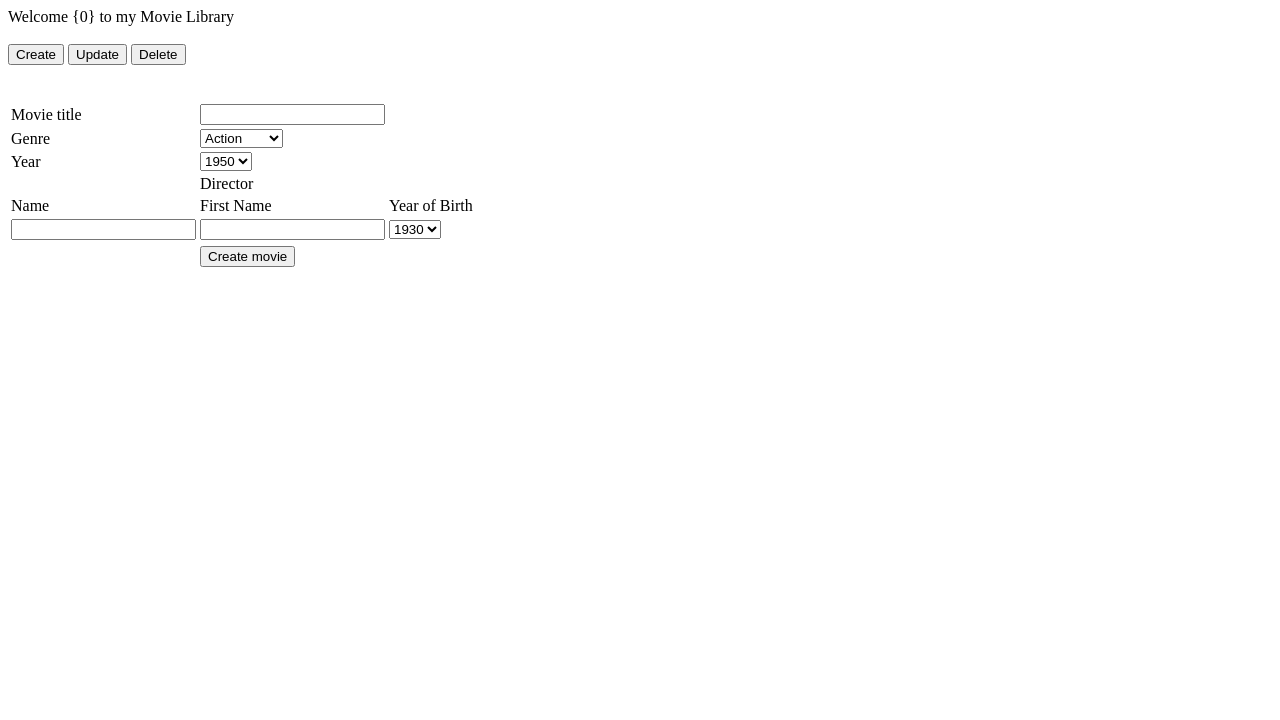
Repository: Romanetvin/InteractMovieLibrary
Page: http://localhost/Interact/views/home.jsp
An editor plug-in stored every save of this project. The page is shown before and after the next save, followed by the edit.
The browser window is 1280 px wide. The pictures show the whole page.
The page is served by Tomcat 9. Other server files are loaded and not shown.

Above is the page before, as saved 2017-02-01 14:27:28.

### Interact/src/main/webapp/views/home.jsp
<%@ page language="java" contentType="text/html; charset=UTF-8" isELIgnored="false"
    pageEncoding="UTF-8"%>
<%@taglib uri="http://www.springframework.org/tags" prefix="spring"%>
<!DOCTYPE html PUBLIC "-//W3C//DTD HTML 4.01 Transitional//EN" "http://www.w3.org/TR/html4/loose.dtd">
<html>
<head>
<meta http-equiv="Content-Type" content="text/html; charset=UTF-8">
<title><spring:message code="homePage.title"/></title>
</head>
<body>
	<spring:message code="homePage.label.welcome" arguments="${user}"/>

	<br>
	<br>


	<a ref="#movieForm"><button><spring:message code="homePage.label.create"></spring:message></button></a>

	<a ref="/movie/update"><button><spring:message code="homePage.label.update"></spring:message></button></a>

	<a ref="/movie/delete"><button><spring:message code="homePage.label.delete"></spring:message></button></a>

	<br>
	<br>
	<br>




	<form action="/movie/add" id="movieForm">
		<table border="0">
			<tr>
				<td>Movie title</td>
				<td><input type="text"/></td>
			</tr>
			<tr>
				<td>Genre </td>
				<td><select>
					<option>Action</option>
					<option>Adventure</option>
					<option>Comedy</option>
					<option>Crime</option>
					<option>Drama</option>
					<option>SciFi</option>
					<option>Western</option>
				</select></td>
				</tr>
				<tr>
					<td>Year</td>
					<td>
						<select>
					<%for(int i = 1950; i<2018;i++){ %>
						<option name="year" value="<%=i%>"><%=i%></option>
					<%} %>
						</select>
					</td>
				</tr>
				<tr>
					<td></td><td> Director</td>
				</tr>
				<tr>
					<td>Name</td><td>First Name</td><td>Year of Birth</td>
				</tr>
				<tr>
					<td><input type="text" name="directorName"></td><td><input type="text" name="directorFN"></td><td><select>
					<%for(int i = 1930; i<2001;i++){ %>
						<option name="directorYoB" value="<%=i%>"><%=i%></option>
					<%} %>
						</select></td>
				</tr>
				<tr></tr>
				<tr><td></td><td><input type="submit" name="movieForm"value="Create movie"></td></tr>

			</table>

	</form>
</body>
</html>

After the next save:
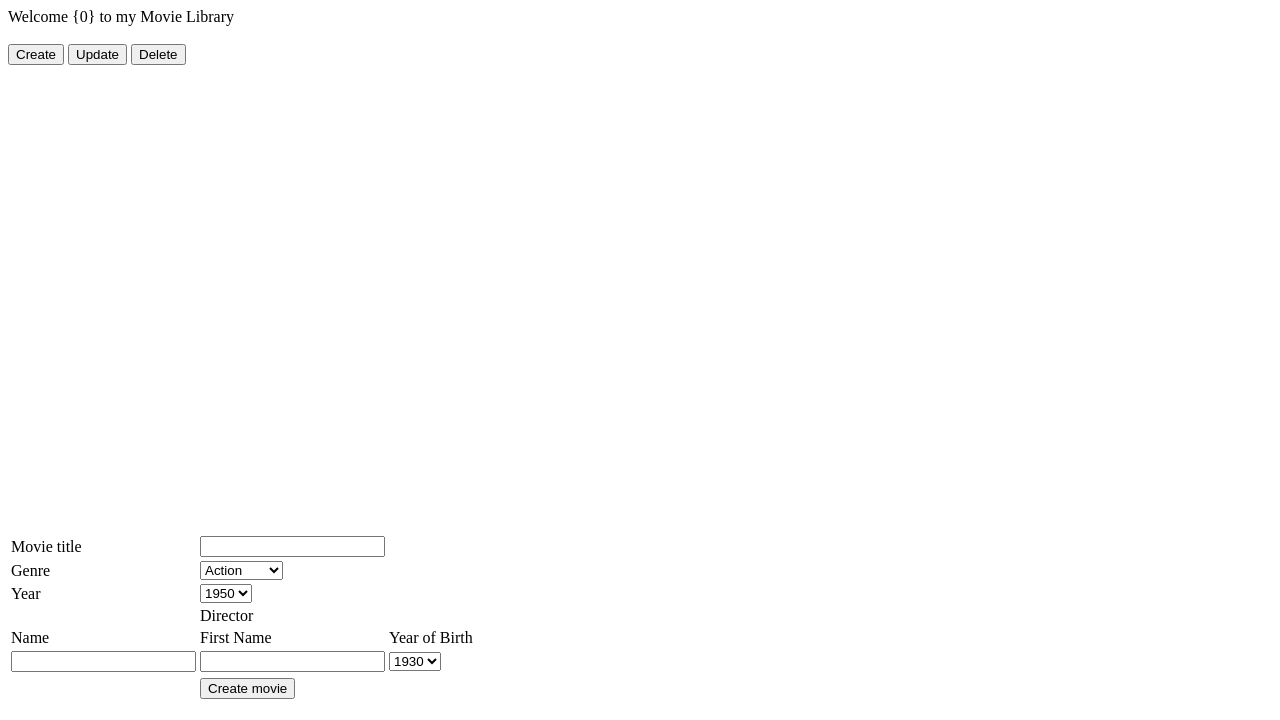
Saved 55 s later.
--- a/Interact/src/main/webapp/views/home.jsp
+++ b/Interact/src/main/webapp/views/home.jsp
@@ -23,7 +23,23 @@
 	<br>
 	<br>
 	<br>
-
+	<br>
+	<br>
+	<br><br>
+	<br>
+	<br><br>
+	<br>
+	<br><br>
+	<br>
+	<br><br>
+	<br>
+	<br><br>
+	<br>
+	<br><br>
+	<br>
+	<br><br>
+	<br>
+	<br>
 
 
 
